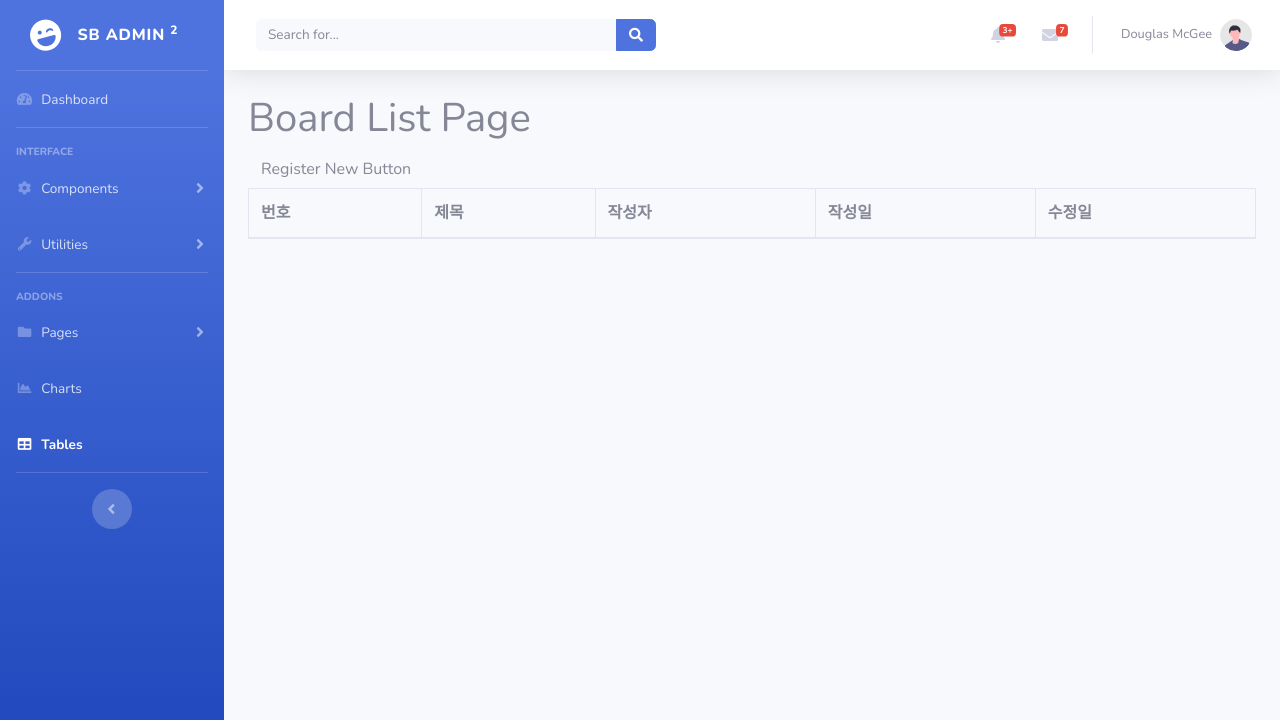
Repository: rlarmsdn2999/SpringWebProject
Page: http://localhost/board2/WEB-INF/views/board/list.jsp
An editor plug-in stored every save of this project. The page is shown before and after the next save, followed by the edit.
The browser window is 1280 px wide. The pictures show the whole page.
The page is served by Tomcat 9. Nobody is signed in. Other server files are loaded and not shown. The template is opened directly, without the code that normally fills it, so the values that code supplies are empty.

Above is the page before, as saved 2023-02-24 06:30:51.

### board2/src/main/webapp/WEB-INF/views/board/list.jsp
<%@ page language="java" contentType="text/html; charset=UTF-8"
pageEncoding="UTF-8" %>
<%@ taglib uri="http://java.sun.com/jsp/jstl/core" prefix="c" %>
<%@ taglib uri="http://java.sun.com/jsp/jstl/fmt" prefix="fmt" %>

<%@include file="../includes/header.jsp" %>
<div class="row">
	<div class="col-lg-12">
		<h1 class="page-header">Board List Page</h1>
	</div>
</div>

<div class="row">
	<div class="col-lg-12">
		<div class="panel panel-default">
			<div class="panel-heading">
				<button id="regBtn" type="button" class="btn btn-xs pull-right">Register New Button</button>
			</div>
			<div class="panel-body">
				<table width="100%" class="table table-striped table-bordered table-hover">
					<thead>
						<tr>
							<th>번호</th>
							<th>제목</th>
							<th>작성자</th>
							<th>작성일</th>
							<th>수정일</th>
						</tr>
					</thead>

					<c:forEach items="${list}" var="board">
						<tr>
							<td><c:out value="${board.bno}" /></td>
							<td><c:out value="${board.title}" /></td>
							<td><c:out value="${board.writer}" /></td>
							<td><fmt:formatDate pattern="yyyy-MM-dd" value="${board.cdate}" /></td>
							<td><fmt:formatDate pattern="yyyy-MM-dd" value="${board.udate}" /></td>
						</tr>
					</c:forEach>
				</table>
			</div>
		</div>
	</div>
</div>

### board2/src/main/webapp/WEB-INF/views/includes/header.jsp
<%@ page language="java" contentType="text/html; charset=UTF-8" pageEncoding="UTF-8" %>
<!DOCTYPE html PUBLIC "-//W3C//DTD HTML 4.01 Transitional//EN""
http://www.w3.org/TR/html4/loose.dtd">
<html lang="en">

<head>

    <meta charset="utf-8">
    <meta http-equiv="X-UA-Compatible" content="IE=edge">
    <meta name="viewport" content="width=device-width, initial-scale=1, shrink-to-fit=no">
    <meta name="description" content="">
    <meta name="author" content="">

    <title>SB Admin 2 - Tables</title>

    <!-- Custom fonts for this template -->
    <link href="/resources/vendor/fontawesome-free/css/all.min.css" rel="stylesheet" type="text/css">
    <link
        href="https://fonts.googleapis.com/css?family=Nunito:200,200i,300,300i,400,400i,600,600i,700,700i,800,800i,900,900i"
        rel="stylesheet">

    <!-- Custom styles for this template -->
    <link href="/resources/css/sb-admin-2.min.css" rel="stylesheet">

    <!-- Custom styles for this page -->
    <link href="/resources/vendor/datatables/dataTables.bootstrap4.min.css" rel="stylesheet">

</head>

<body id="page-top">

    <!-- Page Wrapper -->
    <div id="wrapper">

        <!-- Sidebar -->
        <ul class="navbar-nav bg-gradient-primary sidebar sidebar-dark accordion" id="accordionSidebar">

            <!-- Sidebar - Brand -->
            <a class="sidebar-brand d-flex align-items-center justify-content-center" href="index.html">
                <div class="sidebar-brand-icon rotate-n-15">
                    <i class="fas fa-laugh-wink"></i>
                </div>
                <div class="sidebar-brand-text mx-3">SB Admin <sup>2</sup></div>
            </a>

            <!-- Divider -->
            <hr class="sidebar-divider my-0">

            <!-- Nav Item - Dashboard -->
            <li class="nav-item">
                <a class="nav-link" href="index.html">
                    <i class="fas fa-fw fa-tachometer-alt"></i>
                    <span>Dashboard</span></a>
            </li>

            <!-- Divider -->
            <hr class="sidebar-divider">

            <!-- Heading -->
            <div class="sidebar-heading">
                Interface
            </div>

            <!-- Nav Item - Pages Collapse Menu -->
            <li class="nav-item">
                <a class="nav-link collapsed" href="#" data-toggle="collapse" data-target="#collapseTwo"
                    aria-expanded="true" aria-controls="collapseTwo">
                    <i class="fas fa-fw fa-cog"></i>
                    <span>Components</span>
                </a>
                <div id="collapseTwo" class="collapse" aria-labelledby="headingTwo" data-parent="#accordionSidebar">
                    <div class="bg-white py-2 collapse-inner rounded">
                        <h6 class="collapse-header">Custom Components:</h6>
                        <a class="collapse-item" href="buttons.html">Buttons</a>
                        <a class="collapse-item" href="cards.html">Cards</a>
                    </div>
                </div>
            </li>

            <!-- Nav Item - Utilities Collapse Menu -->
            <li class="nav-item">
                <a class="nav-link collapsed" href="#" data-toggle="collapse" data-target="#collapseUtilities"
                    aria-expanded="true" aria-controls="collapseUtilities">
                    <i class="fas fa-fw fa-wrench"></i>
                    <span>Utilities</span>
                </a>
                <div id="collapseUtilities" class="collapse" aria-labelledby="headingUtilities"
                    data-parent="#accordionSidebar">
                    <div class="bg-white py-2 collapse-inner rounded">
                        <h6 class="collapse-header">Custom Utilities:</h6>
                        <a class="collapse-item" href="utilities-color.html">Colors</a>
                        <a class="collapse-item" href="utilities-border.html">Borders</a>
                        <a class="collapse-item" href="utilities-animation.html">Animations</a>
                        <a class="collapse-item" href="utilities-other.html">Other</a>
                    </div>
                </div>
            </li>

            <!-- Divider -->
            <hr class="sidebar-divider">

            <!-- Heading -->
            <div class="sidebar-heading">
                Addons
            </div>

            <!-- Nav Item - Pages Collapse Menu -->
            <li class="nav-item">
                <a class="nav-link collapsed" href="#" data-toggle="collapse" data-target="#collapsePages"
                    aria-expanded="true" aria-controls="collapsePages">
                    <i class="fas fa-fw fa-folder"></i>
                    <span>Pages</span>
                </a>
                <div id="collapsePages" class="collapse" aria-labelledby="headingPages" data-parent="#accordionSidebar">
                    <div class="bg-white py-2 collapse-inner rounded">
                        <h6 class="collapse-header">Login Screens:</h6>
                        <a class="collapse-item" href="login.html">Login</a>
                        <a class="collapse-item" href="register.html">Register</a>
                        <a class="collapse-item" href="forgot-password.html">Forgot Password</a>
                        <div class="collapse-divider"></div>
                        <h6 class="collapse-header">Other Pages:</h6>
                        <a class="collapse-item" href="404.html">404 Page</a>
                        <a class="collapse-item" href="blank.html">Blank Page</a>
                    </div>
                </div>
            </li>

            <!-- Nav Item - Charts -->
            <li class="nav-item">
                <a class="nav-link" href="charts.html">
                    <i class="fas fa-fw fa-chart-area"></i>
                    <span>Charts</span></a>
            </li>

            <!-- Nav Item - Tables -->
            <li class="nav-item active">
                <a class="nav-link" href="tables.html">
                    <i class="fas fa-fw fa-table"></i>
                    <span>Tables</span></a>
            </li>

            <!-- Divider -->
            <hr class="sidebar-divider d-none d-md-block">

            <!-- Sidebar Toggler (Sidebar) -->
            <div class="text-center d-none d-md-inline">
                <button class="rounded-circle border-0" id="sidebarToggle"></button>
            </div>

        </ul>
        <!-- End of Sidebar -->

        <!-- Content Wrapper -->
        <div id="content-wrapper" class="d-flex flex-column">

            <!-- Main Content -->
            <div id="content">

                <!-- Topbar -->
                <nav class="navbar navbar-expand navbar-light bg-white topbar mb-4 static-top shadow">

                    <!-- Sidebar Toggle (Topbar) -->
                    <form class="form-inline">
                        <button id="sidebarToggleTop" class="btn btn-link d-md-none rounded-circle mr-3">
                            <i class="fa fa-bars"></i>
                        </button>
                    </form>

                    <!-- Topbar Search -->
                    <form
                        class="d-none d-sm-inline-block form-inline mr-auto ml-md-3 my-2 my-md-0 mw-100 navbar-search">
                        <div class="input-group">
                            <input type="text" class="form-control bg-light border-0 small" placeholder="Search for..."
                                aria-label="Search" aria-describedby="basic-addon2">
                            <div class="input-group-append">
                                <button class="btn btn-primary" type="button">
                                    <i class="fas fa-search fa-sm"></i>
                                </button>
                            </div>
                        </div>
                    </form>

                    <!-- Topbar Navbar -->
                    <ul class="navbar-nav ml-auto">

                        <!-- Nav Item - Search Dropdown (Visible Only XS) -->
                        <li class="nav-item dropdown no-arrow d-sm-none">
                            <a class="nav-link dropdown-toggle" href="#" id="searchDropdown" role="button"
                                data-toggle="dropdown" aria-haspopup="true" aria-expanded="false">
                                <i class="fas fa-search fa-fw"></i>
                            </a>
                            <!-- Dropdown - Messages -->
                            <div class="dropdown-menu dropdown-menu-right p-3 shadow animated--grow-in"
                                aria-labelledby="searchDropdown">
                                <form class="form-inline mr-auto w-100 navbar-search">
                                    <div class="input-group">
                                        <input type="text" class="form-control bg-light border-0 small"
                                            placeholder="Search for..." aria-label="Search"
                                            aria-describedby="basic-addon2">
                                        <div class="input-group-append">
                                            <button class="btn btn-primary" type="button">
                                                <i class="fas fa-search fa-sm"></i>
                                            </button>
                                        </div>
                                    </div>
                                </form>
                            </div>
                        </li>

                        <!-- Nav Item - Alerts -->
                        <li class="nav-item dropdown no-arrow mx-1">
                            <a class="nav-link dropdown-toggle" href="#" id="alertsDropdown" role="button"
                                data-toggle="dropdown" aria-haspopup="true" aria-expanded="false">
                                <i class="fas fa-bell fa-fw"></i>
                                <!-- Counter - Alerts -->
                                <span class="badge badge-danger badge-counter">3+</span>
                            </a>
                            <!-- Dropdown - Alerts -->
                            <div class="dropdown-list dropdown-menu dropdown-menu-right shadow animated--grow-in"
                                aria-labelledby="alertsDropdown">
                                <h6 class="dropdown-header">
                                    Alerts Center
                                </h6>
                                <a class="dropdown-item d-flex align-items-center" href="#">
                                    <div class="mr-3">
                                        <div class="icon-circle bg-primary">
                                            <i class="fas fa-file-alt text-white"></i>
                                        </div>
                                    </div>
                                    <div>
                                        <div class="small text-gray-500">December 12, 2019</div>
                                        <span class="font-weight-bold">A new monthly report is ready to download!</span>
                                    </div>
                                </a>
                                <a class="dropdown-item d-flex align-items-center" href="#">
                                    <div class="mr-3">
                                        <div class="icon-circle bg-success">
                                            <i class="fas fa-donate text-white"></i>
                                        </div>
                                    </div>
                                    <div>
                                        <div class="small text-gray-500">December 7, 2019</div>
                                        $290.29 has been deposited into your account!
                                    </div>
                                </a>
                                <a class="dropdown-item d-flex align-items-center" href="#">
                                    <div class="mr-3">
                                        <div class="icon-circle bg-warning">
                                            <i class="fas fa-exclamation-triangle text-white"></i>
                                        </div>
                                    </div>
                                    <div>
                                        <div class="small text-gray-500">December 2, 2019</div>
                                        Spending Alert: We've noticed unusually high spending for your account.
                                    </div>
                                </a>
                                <a class="dropdown-item text-center small text-gray-500" href="#">Show All Alerts</a>
                            </div>
                        </li>

                        <!-- Nav Item - Messages -->
                        <li class="nav-item dropdown no-arrow mx-1">
                            <a class="nav-link dropdown-toggle" href="#" id="messagesDropdown" role="button"
                                data-toggle="dropdown" aria-haspopup="true" aria-expanded="false">
                                <i class="fas fa-envelope fa-fw"></i>
                                <!-- Counter - Messages -->
                                <span class="badge badge-danger badge-counter">7</span>
                            </a>
                            <!-- Dropdown - Messages -->
                            <div class="dropdown-list dropdown-menu dropdown-menu-right shadow animated--grow-in"
                                aria-labelledby="messagesDropdown">
                                <h6 class="dropdown-header">
                                    Message Center
                                </h6>
                                <a class="dropdown-item d-flex align-items-center" href="#">
                                    <div class="dropdown-list-image mr-3">
                                        <img class="rounded-circle" src="/resources/img/undraw_profile_1.svg"
                                            alt="...">
                                        <div class="status-indicator bg-success"></div>
                                    </div>
                                    <div class="font-weight-bold">
                                        <div class="text-truncate">Hi there! I am wondering if you can help me with a
                                            problem I've been having.</div>
                                        <div class="small text-gray-500">Emily Fowler · 58m</div>
                                    </div>
                                </a>
                                <a class="dropdown-item d-flex align-items-center" href="#">
                                    <div class="dropdown-list-image mr-3">
                                        <img class="rounded-circle" src="/resources/img/undraw_profile_2.svg"
                                            alt="...">
                                        <div class="status-indicator"></div>
                                    </div>
                                    <div>
                                        <div class="text-truncate">I have the photos that you ordered last month, how
                                            would you like them sent to you?</div>
                                        <div class="small text-gray-500">Jae Chun · 1d</div>
                                    </div>
                                </a>
                                <a class="dropdown-item d-flex align-items-center" href="#">
                                    <div class="dropdown-list-image mr-3">
                                        <img class="rounded-circle" src="/resources/img/undraw_profile_3.svg"
                                            alt="...">
                                        <div class="status-indicator bg-warning"></div>
                                    </div>
                                    <div>
                                        <div class="text-truncate">Last month's report looks great, I am very happy with
                                            the progress so far, keep up the good work!</div>
                                        <div class="small text-gray-500">Morgan Alvarez · 2d</div>
                                    </div>
                                </a>
                                <a class="dropdown-item d-flex align-items-center" href="#">
                                    <div class="dropdown-list-image mr-3">
                                        <img class="rounded-circle" src="https://source.unsplash.com/Mv9hjnEUHR4/60x60"
                                            alt="...">
                                        <div class="status-indicator bg-success"></div>
                                    </div>
                                    <div>
                                        <div class="text-truncate">Am I a good boy? The reason I ask is because someone
                                            told me that people say this to all dogs, even if they aren't good...</div>
                                        <div class="small text-gray-500">Chicken the Dog · 2w</div>
                                    </div>
                                </a>
                                <a class="dropdown-item text-center small text-gray-500" href="#">Read More Messages</a>
                            </div>
                        </li>

                        <div class="topbar-divider d-none d-sm-block"></div>

                        <!-- Nav Item - User Information -->
                        <li class="nav-item dropdown no-arrow">
                            <a class="nav-link dropdown-toggle" href="#" id="userDropdown" role="button"
                                data-toggle="dropdown" aria-haspopup="true" aria-expanded="false">
                                <span class="mr-2 d-none d-lg-inline text-gray-600 small">Douglas McGee</span>
                                <img class="img-profile rounded-circle"
                                    src="/resources/img/undraw_profile.svg">
                            </a>
                            <!-- Dropdown - User Information -->
                            <div class="dropdown-menu dropdown-menu-right shadow animated--grow-in"
                                aria-labelledby="userDropdown">
                                <a class="dropdown-item" href="#">
                                    <i class="fas fa-user fa-sm fa-fw mr-2 text-gray-400"></i>
                                    Profile
                                </a>
                                <a class="dropdown-item" href="#">
                                    <i class="fas fa-cogs fa-sm fa-fw mr-2 text-gray-400"></i>
                                    Settings
                                </a>
                                <a class="dropdown-item" href="#">
                                    <i class="fas fa-list fa-sm fa-fw mr-2 text-gray-400"></i>
                                    Activity Log
                                </a>
                                <div class="dropdown-divider"></div>
                                <a class="dropdown-item" href="#" data-toggle="modal" data-target="#logoutModal">
                                    <i class="fas fa-sign-out-alt fa-sm fa-fw mr-2 text-gray-400"></i>
                                    Logout
                                </a>
                            </div>
                        </li>

                    </ul>

                </nav>
                <!-- End of Topbar -->

                <!-- Begin Page Content -->
                <div class="container-fluid">
                <script src="https://ajax.googleapis.com/ajax/libs/jquery/3.3.1/jquery.min.js"></script>

### board2/src/main/webapp/WEB-INF/views/includes/footer.jsp
</div>
                <!-- /.container-fluid -->

            </div>
            <!-- End of Main Content -->

            <!-- Footer -->
            <footer class="sticky-footer bg-white">
                <div class="container my-auto">
                    <div class="copyright text-center my-auto">
                        <span>Copyright &copy; Your Website 2020</span>
                    </div>
                </div>
            </footer>
            <!-- End of Footer -->

        </div>
        <!-- End of Content Wrapper -->

    </div>
    <!-- End of Page Wrapper -->

    <!-- Scroll to Top Button-->
    <a class="scroll-to-top rounded" href="#page-top">
        <i class="fas fa-angle-up"></i>
    </a>

    <!-- Logout Modal-->
    <div class="modal fade" id="logoutModal" tabindex="-1" role="dialog" aria-labelledby="exampleModalLabel"
        aria-hidden="true">
        <div class="modal-dialog" role="document">
            <div class="modal-content">
                <div class="modal-header">
                    <h5 class="modal-title" id="exampleModalLabel">Ready to Leave?</h5>
                    <button class="close" type="button" data-dismiss="modal" aria-label="Close">
                        <span aria-hidden="true">×</span>
                    </button>
                </div>
                <div class="modal-body">Select "Logout" below if you are ready to end your current session.</div>
                <div class="modal-footer">
                    <button class="btn btn-secondary" type="button" data-dismiss="modal">Cancel</button>
                    <a class="btn btn-primary" href="login.html">Logout</a>
                </div>
            </div>
        </div>
    </div>

    <!-- Bootstrap core JavaScript-->
    <script src="/resources/vendor/jquery/jquery.min.js"></script>
    <script src="/resources/vendor/bootstrap/js/bootstrap.bundle.min.js"></script>

    <!-- Core plugin JavaScript-->
    <script src="/resources/vendor/jquery-easing/jquery.easing.min.js"></script>

    <!-- Custom scripts for all pages-->
    <script src="/resources/js/sb-admin-2.min.js"></script>

    <!-- Page level plugins -->
    <script src="/resources/vendor/datatables/jquery.dataTables.min.js"></script>
    <script src="/resources/vendor/datatables/dataTables.bootstrap4.min.js"></script>

    <!-- Page level custom scripts -->
    <script src="/resources/js/demo/datatables-demo.js"></script>
	<script>
		$(document).ready(function(){
			$('#dataTables-example').DataTable({
				responsive:true
			});
			$(".sidebar-nav")
			.attr("class"."sidebar-nav navbar-collapse collapse")
			.attr("aria-expanded",'false')
			.attr("style","height:1px");
		});
	</script>
</body>

</html>

Loaded but not shown: board2/src/main/webapp/resources/css/sb-admin-2.min.css (library); board2/src/main/webapp/resources/js/sb-admin-2.min.js (common file); board2/src/main/webapp/resources/js/demo/datatables-demo.js (common file); board2/src/main/webapp/resources/img/undraw_profile.svg (38 lines, source omitted); board2/src/main/webapp/resources/img/undraw_profile_3.svg (47 lines, source omitted); board2/src/main/webapp/resources/img/undraw_profile_2.svg (44 lines, source omitted); board2/src/main/webapp/resources/img/undraw_profile_1.svg (38 lines, source omitted)

After the next save:
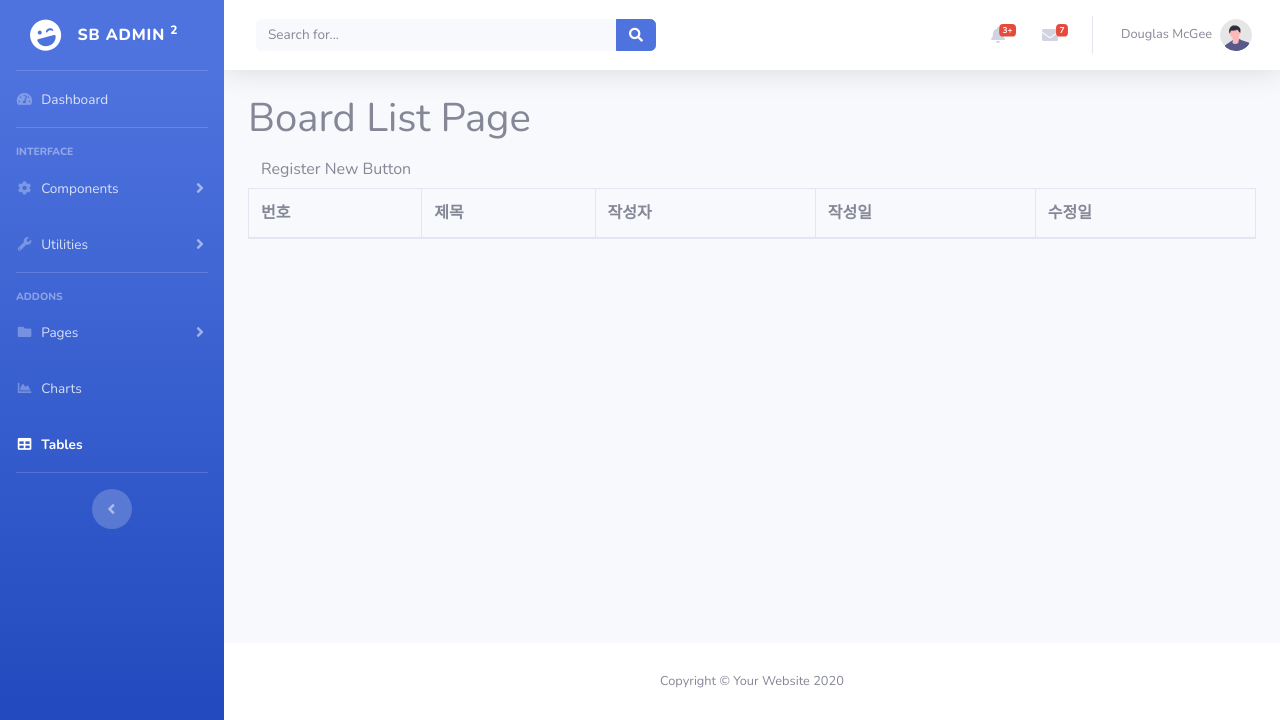
Console error: SyntaxError: Unexpected string
Saved 30 s later.
--- a/board2/src/main/webapp/WEB-INF/views/board/list.jsp
+++ b/board2/src/main/webapp/WEB-INF/views/board/list.jsp
@@ -42,3 +42,4 @@ pageEncoding="UTF-8" %>
 		</div>
 	</div>
 </div>
+<%@include file="../includes/footer.jsp" %>
